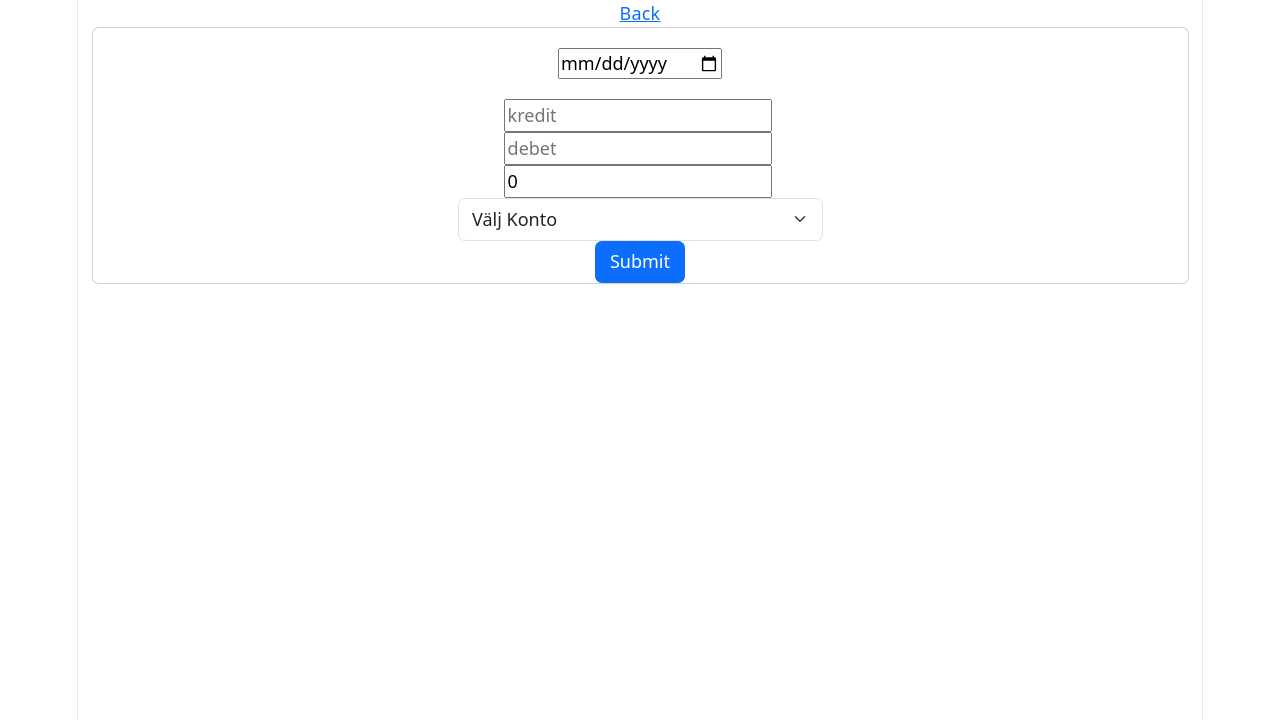
Repository: supply24/kidsaccount
Page: /action
An editor plug-in stored every save of this project. The page is shown before and after the next save, followed by the edit.
The browser window is 1280 px wide. The pictures show the whole page.
The page's requests for data from a server got no answer. The project was rebuilt for these pictures with package versions that can differ from the ones it lists, and the page was loaded fresh each time. No one was signed in, and anything a server would have sent is missing. Also part of the build but not shown: vite.config.js, src/App.css, src/App.jsx, src/Homing.jsx, src/Emilia.jsx, src/Alexander.jsx.

Above is the page before, as saved 2026-08-01 05:35:57.

After the next save:
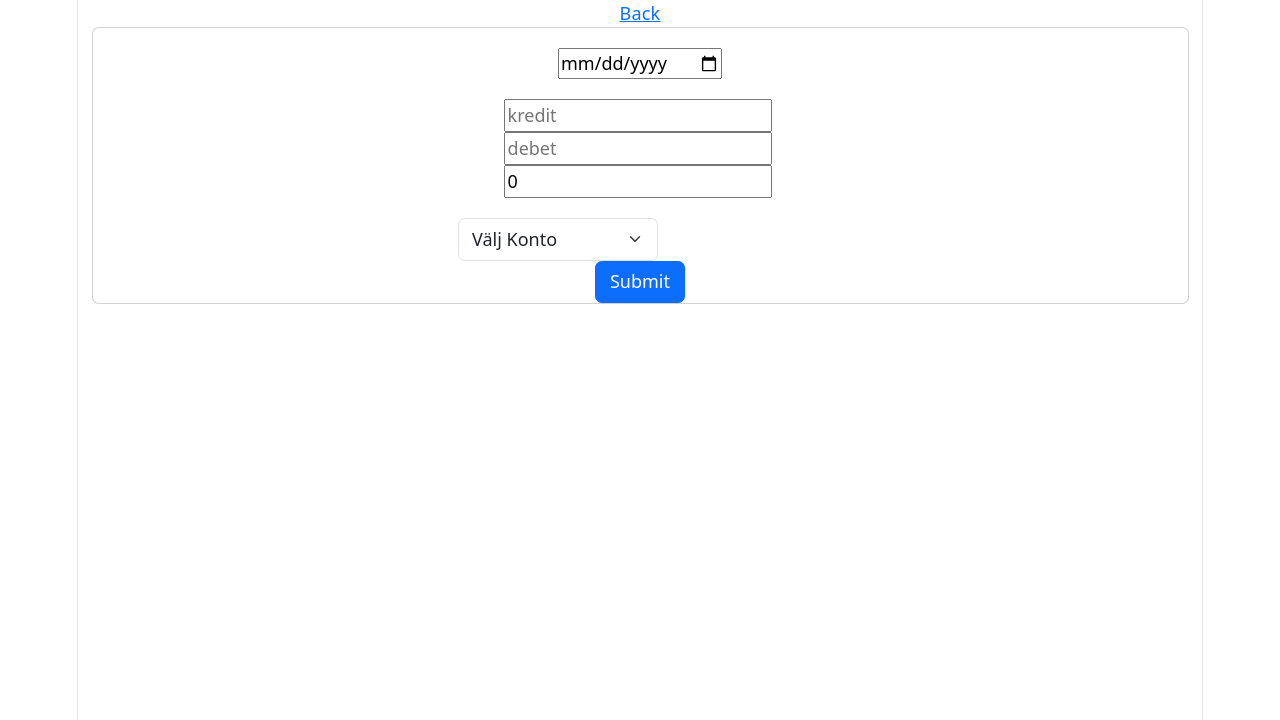
Saved 58 s later.
--- a/src/Actions.jsx
+++ b/src/Actions.jsx
@@ -85,7 +85,7 @@ const Actions = () => {
 <input type="number" value={debet} onChange={handleDebet} placeholder='debet'/>&nbsp;
 <input type="number" value={sumx} onChange={handleSumx} placeholder='sumx'/>&nbsp;
 
-        <Form.Group>
+        <Form.Group style={{width:"200px", marginTop:"20px"}}>
           <Form.Select
           type="dropdown"
           onChange={(e)=>setKontox(e.target.value)}>
